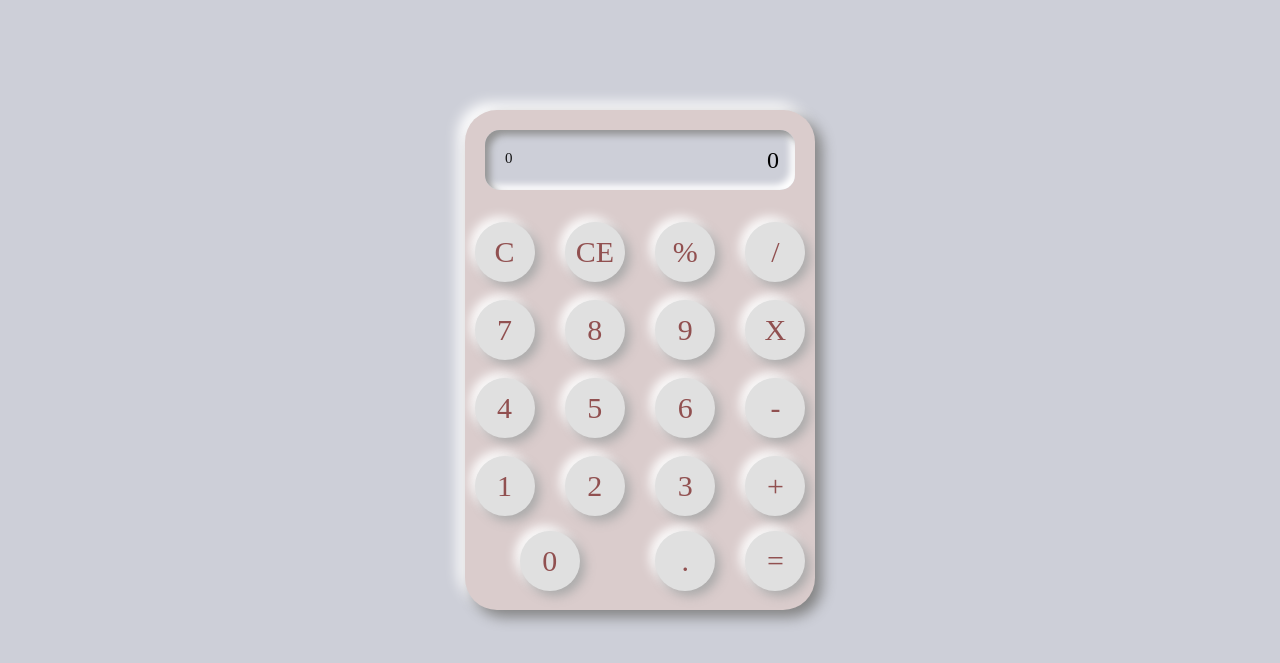
Repository: Goldmyn/Calculator
Page: index.html
The author's editor kept a copy of each file at every save. The page is drawn from the files as they stood at one save, then again after a run of saves.
The browser window is 1280 px wide. The pictures show the whole page.

Above is the page before, as saved 2022-09-28 02:35:45.

### index.html
<!DOCTYPE html>
<html lang="en">
<head>
    <meta charset="UTF-8">
    <meta http-equiv="X-UA-Compatible" content="IE=edge">
    <meta name="viewport" content="width=device-width, initial-scale=1.0">
    <title>Calculator</title>
    <link rel="stylesheet" href="index.css">
</head>
<body>
    <header>

    </header>

    <section>
        <div class="container">
            <div class="calculator">
                <div class="display">
                    <div class="display_a">0</div>
                    <div class="border"> <div class="display-2">0</div> </div>
                </div>
                <div class="all_buttons">
                    <div class="button all_clear">C</div>
                    <div class="button last_entity_clear">CE</div>
                    <div class="button operation">%</div>
                    <div class="button operation">/</div>
                    <div class="button number">7</div>
                    <div class="button number">8</div>
                    <div class="button number">9</div>
                    <div class="button operation">X</div>
                    <div class="button number">4</div>
                    <div class="button number">5</div>
                    <div class="button number">6</div>
                    <div class="button operation">-</div>
                    <div class="button number">1</div>
                    <div class="button number">2</div>
                    <div class="button number">3</div>
                    <div class="button operation">+</div>
                    <div class="button btn-0 number">0</div>
                    <div class="button number dot">.</div>
                    <div class="button equal">=</div>
                </div>
            </div>
        </div>
    </section>
</body>
</html>

### index.css
* {
    padding: 0;
    margin: 0;
    box-sizing: border-box;
}
html {
    font-family: 'Gill Sans', 'Gill Sans MT', Calibri, 'Trebuchet MS', sans-serif';
}

section {
    background-color: #cdcfd8;
    min-height: 100vh;
    width: 100%;
    display: flex;
    align-items: center;
    justify-content: center;
}

.container {
    background-color: #e0e0e0;
    width: 90%;
    height: 500px;
    max-width: 350px;
    border-radius: 32px;
    background: #dacccc;
    box-shadow: 7px 7px 14px #828282, -7px -7px 14px #ffffff;
    overflow: hidden;
}

.display {
    height: 100px;
    width: 100%;
    text-align: right;
    padding: 20px;
    font-size: 30px;
    position: relative;
}

.display_a  {
    opacity: 0.9;
    font-size: 15px;
    height: 20px;
    overflow: hidden;
    position: absolute;
    bottom: 40px;
    left: 40px;
}

.border {
    background-color: aqua;
    height: 60px;
    width: 100%;
    padding-right: 1rem;
    display: flex;
    align-items: center;
    justify-content: flex-end;
    border-radius: 15px;
    background: #cdcfd8;
    font-size: 24px;
    box-shadow: inset 5px 5px 7px #949494 , inset -5px -5px 7px #ffffff;
}

.all_buttons {
    color: rgb(145, 80, 80);
    display: grid;
    grid-template:
        repeat(4, minmax(67px, 1fr))
        / repeat(4, minmax(50px, 1fr));
    gap: 0.7rem;
    transform: translateY(0.5rem);
    place-items: center;
}

.button {
    display: inline-block;
    height: 60px;
    width: 60px;
    display: flex;
    align-items: center;
    justify-content: center;
    font-size: 30px;
    cursor: pointer;
    border-radius: 100px;
    background: #e0e0e0;
    box-shadow: 5px 5px 11px #aaaaaa ,  -5px -5px 11px #ffffff;
}

.button:hover {
    background-color: rgb(30, 43, 46);
    color: white;
}

.btn-0 {
    grid-column: 1/3;
}

After the next 2 saves:
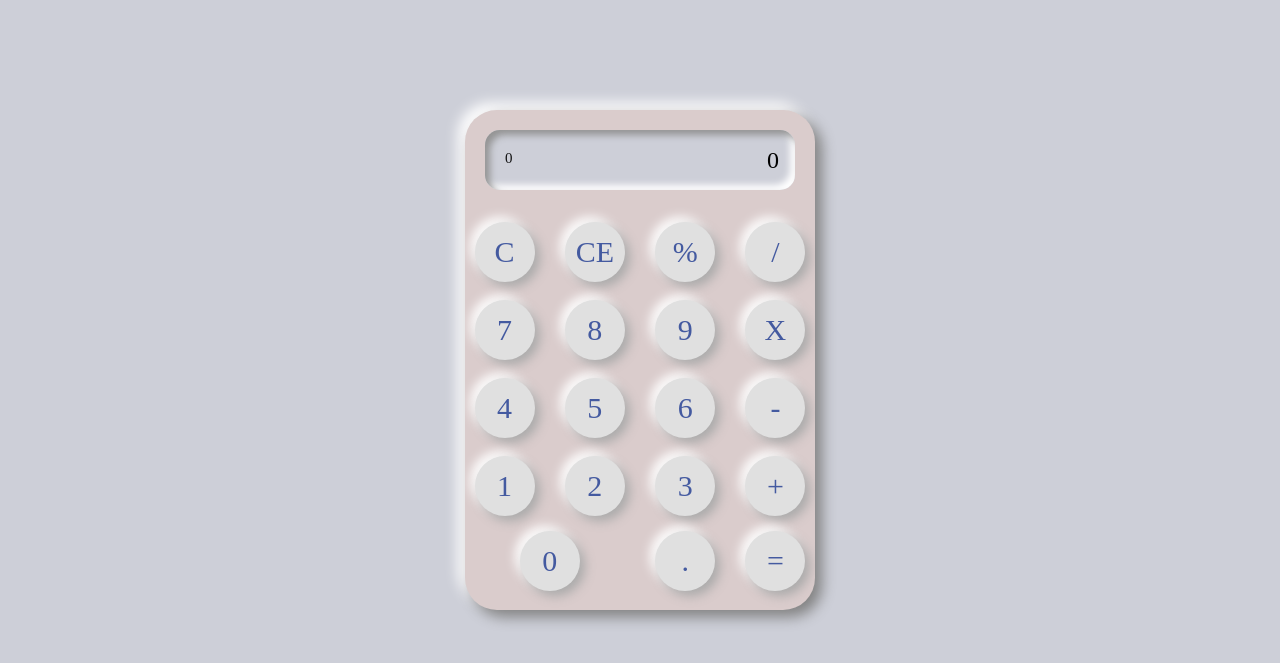
The 2 saves are shown as one change because they came seconds apart.
The last was saved 6 s later.
--- a/index.css
+++ b/index.css
@@ -61,7 +61,7 @@ section {
 }
 
 .all_buttons {
-    color: rgb(145, 80, 80);
+    color: rgb(68, 90, 160);
     display: grid;
     grid-template:
         repeat(4, minmax(67px, 1fr))
